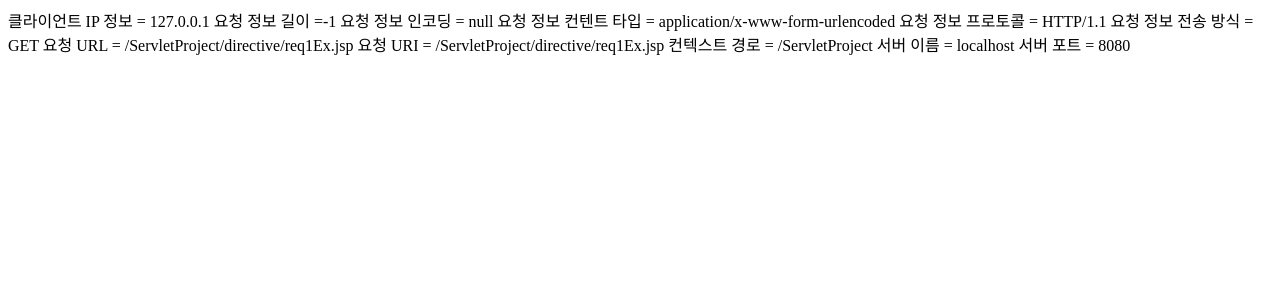
Repository: noopzzya/study_jsp_globalin
Page: http://localhost/ServletProject/directive/req1Ex.jsp
An editor plug-in stored every save of this project. The page is shown before and after the next save, followed by the edit.
The browser window is 1280 px wide. The pictures show the whole page.
The page is served by Tomcat 9.

Above is the page before, as saved 2023-01-31 05:42:45.

After the next save:
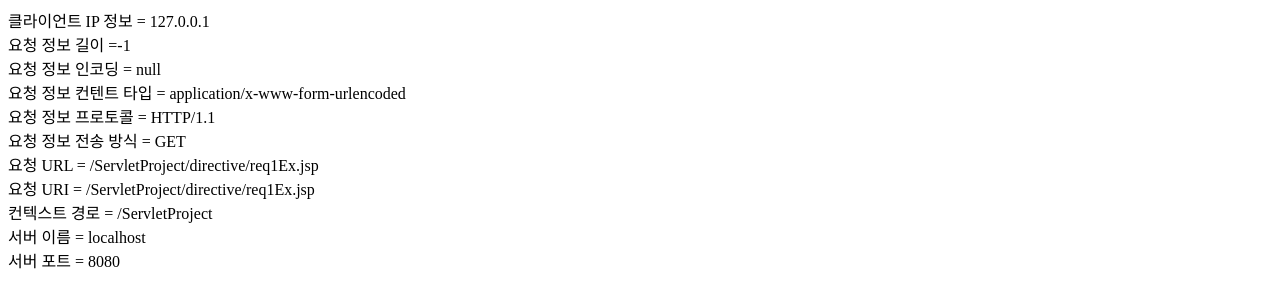
Saved 34 s later.
--- a/ServletProject/src/main/webapp/directive/req1Ex.jsp
+++ b/ServletProject/src/main/webapp/directive/req1Ex.jsp
@@ -7,16 +7,16 @@
 <title></title>
 </head>
 <body>
-클라이언트 IP 정보 = <%=request.getRemoteAddr() %>
-요청 정보 길이 =<%=request.getContentLength() %>
-요청 정보 인코딩 = <%=request.getCharacterEncoding() %>
-요청 정보 컨텐트 타입 = <%=request.getContentType() %>
-요청 정보 프로토콜 = <%=request.getProtocol() %>
-요청 정보 전송 방식 = <%=request.getMethod() %>
-요청 URL = <%=request.getRequestURI().toString() %>
-요청 URI = <%=request.getRequestURI() %>
-컨텍스트 경로 = <%=request.getContextPath() %>
-서버 이름 = <%=request.getServerName() %>
-서버 포트 = <%=request.getServerPort() %>
+클라이언트 IP 정보 = <%=request.getRemoteAddr() %><br>
+요청 정보 길이 =<%=request.getContentLength() %><br>
+요청 정보 인코딩 = <%=request.getCharacterEncoding() %><br>
+요청 정보 컨텐트 타입 = <%=request.getContentType() %><br>
+요청 정보 프로토콜 = <%=request.getProtocol() %><br>
+요청 정보 전송 방식 = <%=request.getMethod() %><br>
+요청 URL = <%=request.getRequestURI().toString() %><br>
+요청 URI = <%=request.getRequestURI() %><br>
+컨텍스트 경로 = <%=request.getContextPath() %><br>
+서버 이름 = <%=request.getServerName() %><br>
+서버 포트 = <%=request.getServerPort() %><br>
 </body>
 </html>
